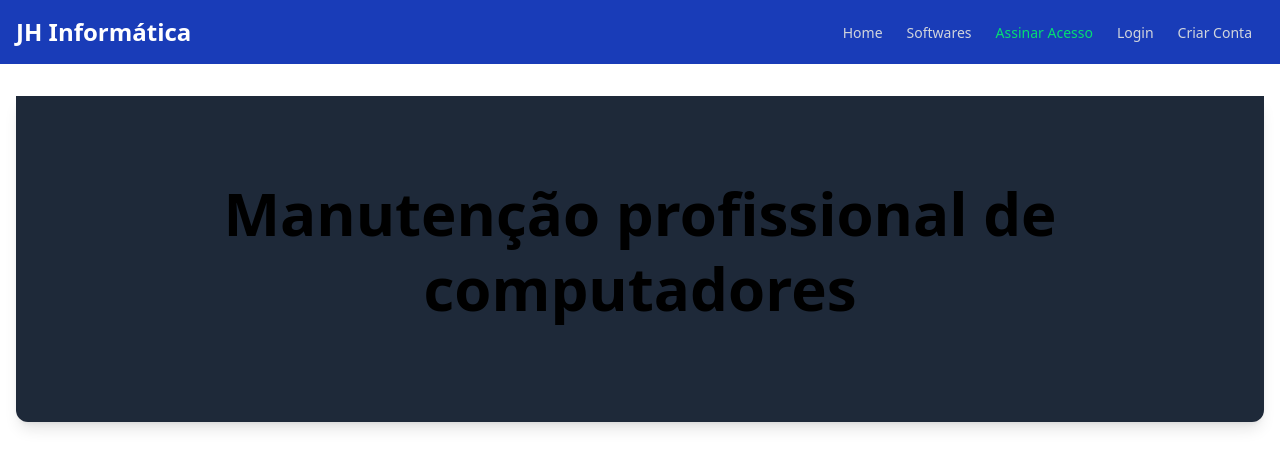
Repository: estevam02009/jh-info
Page: / (app in frontend/)
The author's editor kept a copy of each file at every save. The page is drawn from the files as they stood at one save, then again after the next save.
The browser window is 1280 px wide. The pictures show the whole page.
The project was rebuilt for these pictures with package versions that can differ from the ones it lists, and the page was loaded fresh each time. Also part of the build but not shown: frontend/src/pages/Login.jsx, frontend/src/pages/Register.jsx, frontend/src/pages/Dashboard.jsx, frontend/src/components/ProtectedRoute.jsx, frontend/src/pages/SoftwareList.jsx, frontend/src/pages/SoftwareDetails.jsx, frontend/src/pages/SoftwareManagement.jsx, frontend/src/pages/PaymentPage.jsx and 1 more.

Above is the page before, as saved 2025-07-13 11:10:07.

### frontend/index.html
<!doctype html>
<html lang="en">
  <head>
    <meta charset="UTF-8" />
    <link rel="icon" type="image/svg+xml" href="/vite.svg" />
    <meta name="viewport" content="width=device-width, initial-scale=1.0" />
    <title>JH Informática</title>
  </head>
  <body>
    <div id="root"></div>
    <script type="module" src="/src/main.jsx"></script>
  </body>
</html>

### frontend/src/main.jsx
// src/main.jsx
import React from 'react';
import ReactDOM from 'react-dom/client';
import App from './App.jsx';
import './index.css'; // Para estilos globais
import { BrowserRouter } from 'react-router-dom';
import { AuthProvider } from './context/AuthContext.jsx'; // Contexto de Autenticação

ReactDOM.createRoot(document.getElementById('root')).render(
    <React.StrictMode>
        <BrowserRouter>
            <AuthProvider> {/* O AuthProvider envolve toda a aplicação */}
                <App />
            </AuthProvider>
        </BrowserRouter>
    </React.StrictMode>,
);

### frontend/src/App.jsx
import React from "react";
import {Link, Routes, Route} from "react-router-dom";
import Login from "./pages/Login.jsx";
import Register from "./pages/Register.jsx";
import Home from "./pages/Home.jsx";
import Dashboard from "./pages/Dashboard.jsx";
import ProtectedRoute from "./components/ProtectedRoute";
import SoftwareList from "./pages/SoftwareList";
import SoftwareDetails from "./pages/SoftwareDetails";
import SoftwareManagement from "./pages/SoftwareManagement";
import PaymentPage from "./pages/PaymentPage";
import MySoftwares from "./pages/MySoftwares.jsx";
import { useAuth } from "./context/AuthContext";


const App = () => {

    const { user, logout } = useAuth(); // Obtém o estado do usuário e a função de logout

    return (
        <>
            <nav className="bg-blue-800 p-4">
                <div className="container mx-auto flex justify-between items-center">
                    <Link to="/" className="text-white text-2xl font-bold">JH Informática</Link>
                    <div>
                        <Link to="/" className="text-gray-300 hover:bg-white hover:text-blue-500 px-3 py-2 rounded-md text-sm font-medium">Home</Link>
                        <Link to="/softwares" className="text-gray-300 hover:bg-white hover:text-blue-500 px-3 py-2 rounded-md text-sm font-medium">Softwares</Link>

                        {/* Link para a página de Pagamento/Assinatura */}
                        {!user?.hasPaidAccess && (
                            <Link to="/subscribe" className="text-green-400 hover:bg-gray-700 hover:text-green-200 px-3 py-2 rounded-md text-sm font-medium">Assinar Acesso</Link>
                        )}

                    {/*    Links visiveis apenas se o usuário estiver logado    */}
                        {user ? (
                            <>
                                <Link to="/dashboard" className="text-gray-300 hover:bg-white hover:text-blue-500 px-3 py-2 rounded-md text-sm font-medium">Dashboard</Link>
                                {user.hasPaidAccess && ( // Mostrar "Meus Softwares" apenas se tiver pago
                                    <Link to="/my-softwares" className="text-gray-300 hover:bg-white hover:text-blue-500 px-3 py-2 rounded-md text-sm font-medium">Meus Softwares</Link>
                                )}
                            {/* Link para gerenciamento de softwares - visivel apenas para admins logados */}
                                {user.role === "admin" && (
                                    <Link to="/admin/softwares" className="text-gray-300 hover:bg-white hover:text-blue-500 px-3 py-2 rounded-md text-sm font-medium">Gerenciar Softwares</Link>
                                )}
                                <button
                                    onClick={logout}
                                    className="bg-red-600 hover:bg-red-800 px-3 py-2 rounded-md text-sm text-white font-medium ml-4"
                                >Sair</button>
                            </>
                        ) : (

                            <>
                                {/* Links visivéis apenas se o usuário não estiver logado */}
                                <Link to="/login" className="text-gray-300 hover:bg-white hover:text-blue-500 px-3 py-2 rounded-md text-sm font-medium">Login</Link>
                                <Link to="/register" className="text-gray-300 hover:bg-white hover:text-blue-500 px-3 py-2 rounded-md text-sm font-medium">Criar Conta</Link>
                            </>
                        )}
                    </div>
                </div>
            </nav>

            {/* Conteúdo principal*/}
            <div className="container mx-auto p-4 mt-4">
                <Routes>
                    <Route path="/" element={<Home />} />
                    <Route path="/login" element={<Login />} />
                    <Route path="/register" element={<Register />} />

                    <Route path="/softwares" element={<SoftwareList />} /> {/* <-- Nova Rota */}
                    <Route path="/softwares/:id" element={<SoftwareDetails />} />

                    {/* Rota para a página de assinatura. É acessível se o usuário estiver logado ou não, mas a lógica de pagamento exige login */}
                    <Route path="/subscribe" element={<PaymentPage />} />

                {/* Rotas protegidas */}
                    <Route element={<ProtectedRoute />}>
                        <Route path="/dashboard" element={<Dashboard />}></Route>
                        <Route path="/my-softwares" element={<MySoftwares />} />
                    </Route>

                    <Route element={<ProtectedRoute allowedRoles={['admin']} />}>
                        <Route path="/admin/softwares" element={<SoftwareManagement />} />
                    </Route>

                    <Route path="*" element={<h2 className="text-4xl font-bold text-red-500">404 - Página não encontrada</h2>}></Route>
                </Routes>
            </div>
        </>
    )
}

export default App;

### frontend/src/context/AuthContext.jsx
// src/context/AuthContext.jsx
import React, { createContext, useState, useEffect, useContext } from 'react';
import axios from 'axios';

const AuthContext = createContext();

export const AuthProvider = ({ children }) => {
    // O estado 'user' agora conterá o campo 'hasPaidAccess'
    const [user, setUser] = useState(null);
    const [token, setToken] = useState(null);
    const [loading, setLoading] = useState(true); // Para saber se o token está sendo verificado

    // Base da URL da sua API
    const API_URL = 'http://localhost:5000/api'; // Certifique-se que a porta está correta

    // Carrega o token e usuário do localStorage ao iniciar
    useEffect(() => {
        const storedToken = localStorage.getItem('token');
        const storedUser = localStorage.getItem('user');

        if (storedToken && storedUser) {
            setToken(storedToken);

            if (storedToken && storedUser) {
                setToken(storedToken);
                // Garante que o usuário no estado inclui 'hasPaidAccess'
                try {
                    const userData = JSON.parse(storedUser);
                    setUser(userData);
                } catch (error) {
                    console.error('Erro ao fazer parse do usuário do localStorage:', error);
                    localStorage.removeItem('token');
                    localStorage.removeItem('user');
                }
            }

            // Configura o token no cabeçalho padrão do Axios para todas as requisições
            axios.defaults.headers.common['Authorization'] = `Bearer ${storedToken}`;
        }
        setLoading(false);
    }, []);

    const login = async (email, password) => {
        try {
            const response = await axios.post(`${API_URL}/auth/login`, { email, password });
            const { token, hasPaidAccess, ...userData } = response.data; // Capture 'hasPaidAccess'

            setToken(token);
            // Certifique-se de que o objeto user no estado inclui hasPaidAccess
            setUser({ ...userData, hasPaidAccess: hasPaidAccess });

            localStorage.setItem('token', token);
            // Armazene o objeto de usuário completo no localStorage, incluindo 'hasPaidAccess'
            localStorage.setItem('user', JSON.stringify({ ...userData, hasPaidAccess: hasPaidAccess }));

            axios.defaults.headers.common['Authorization'] = `Bearer ${token}`; // Atualiza o header
            return response.data;
        } catch (error) {
            console.error('Erro de login:', error.response?.data || error.message);
            throw error.response?.data || { message: 'Erro ao fazer login' };
        }
    };

    // Função para atualizar o estado do usuário (útil após o pagamento)
    const updateUserAccessStatus = (updatedUser) => {
        setUser(updatedUser);
        localStorage.setItem('user', JSON.stringify(updatedUser));
    }

    const register = async (name, email, password, role = 'user') => {
        try {
            const response = await axios.post(`${API_URL}/auth/register`, { name, email, password, role });
            // Geralmente, após o registro, você pode logar o usuário automaticamente ou redirecioná-lo para a tela de login
            return response.data;
        } catch (error) {
            console.error('Erro de registro:', error.response?.data || error.message);
            throw error.response?.data || { message: 'Erro ao registrar' };
        }
    };

    const logout = () => {
        setToken(null);
        setUser(null);
        localStorage.removeItem('token');
        localStorage.removeItem('user');
        delete axios.defaults.headers.common['Authorization']; // Remove o header do Axios
    };

    return (
        <AuthContext.Provider value={{ user, token, loading, login, register, logout, updateUserAccessStatus }}>
            {children}
        </AuthContext.Provider>
    );
};

export const useAuth = () => useContext(AuthContext);

### frontend/src/pages/Home.jsx
import React from 'react';
import { Link } from 'react-router-dom';

const Home = () => {
    return (
        <div className="flex flex-col items-center">

            {/* Seção Principal (Hero) */}
            <div className='bg-gray-800 text-wite w-full py-20 px-4 text-center rounded-b-xl shadow-lg'>
                <h1 className='text-5xl md:text-6xl font-extrabold leading-tight mb-4'>
                    Manutenção profissional de computadores
                </h1>
            </div>
        </div>
    )
}

export default Home;

Loaded but not shown: frontend/src/index.css (common file)

After the next save:
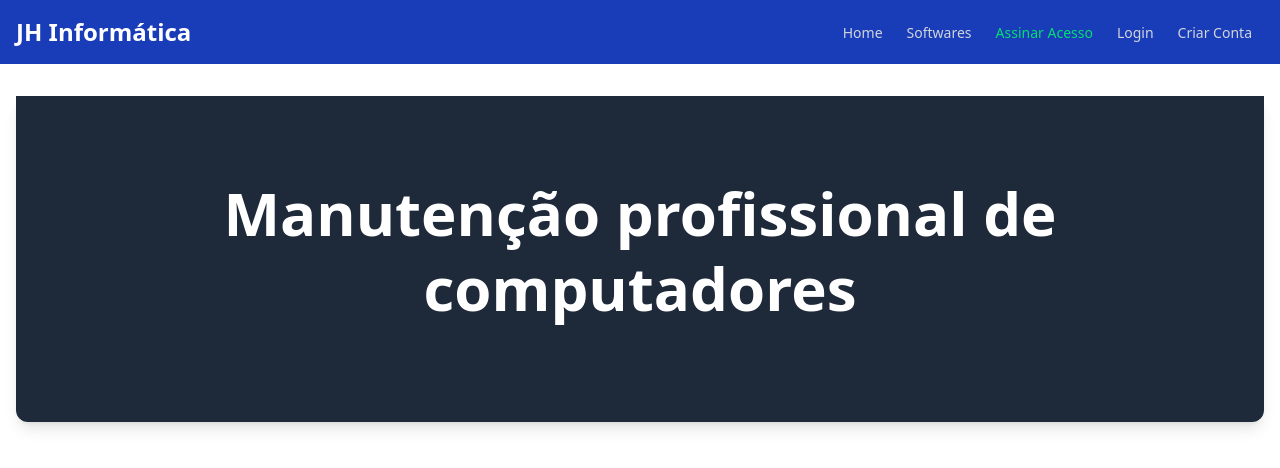
Saved 13 s later.
--- a/frontend/src/pages/Home.jsx
+++ b/frontend/src/pages/Home.jsx
@@ -6,7 +6,7 @@ const Home = () => {
         <div className="flex flex-col items-center">
 
             {/* Seção Principal (Hero) */}
-            <div className='bg-gray-800 text-wite w-full py-20 px-4 text-center rounded-b-xl shadow-lg'>
+            <div className='bg-gray-800 text-white w-full py-20 px-4 text-center rounded-b-xl shadow-lg'>
                 <h1 className='text-5xl md:text-6xl font-extrabold leading-tight mb-4'>
                     Manutenção profissional de computadores
                 </h1>
